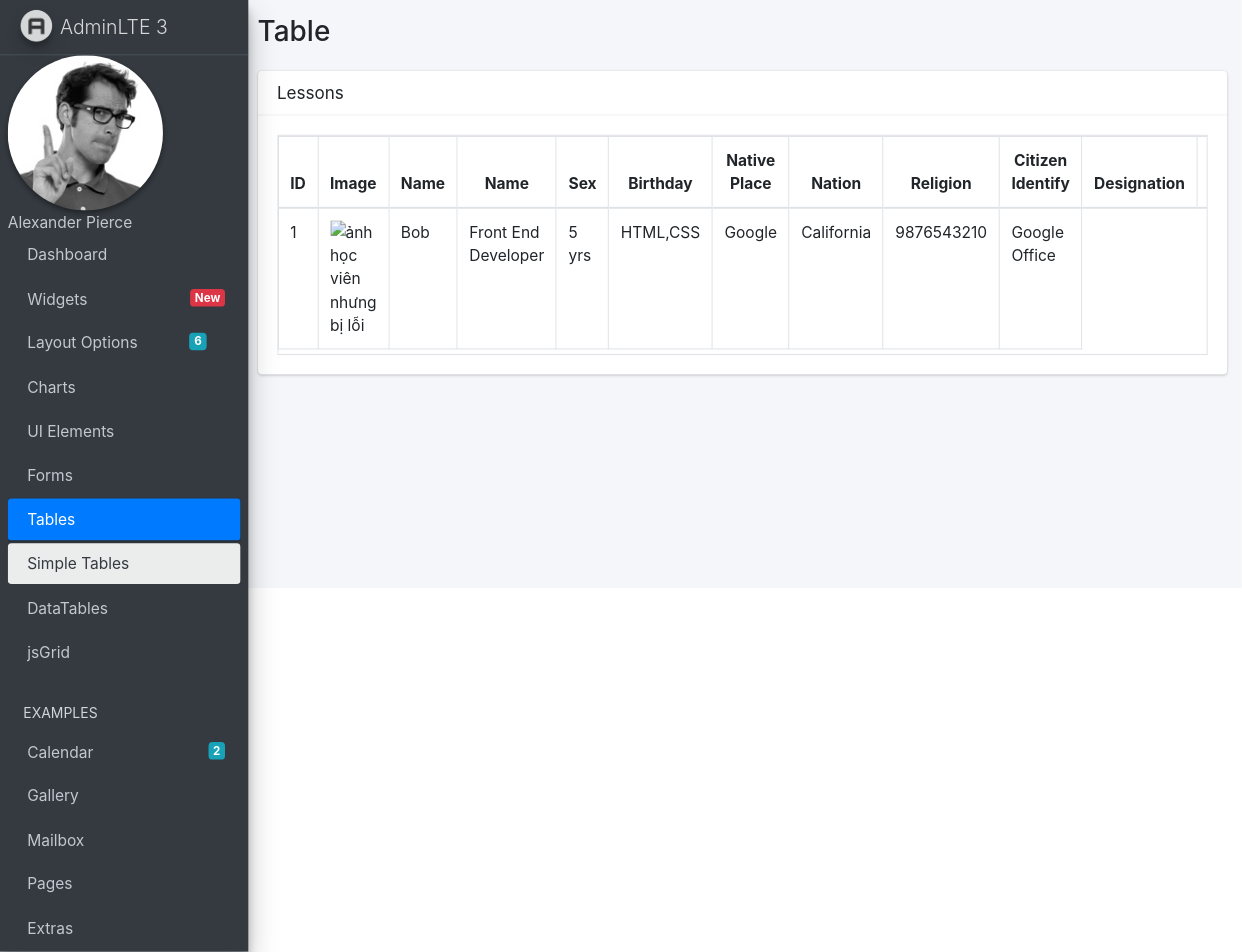
Repository: huyennvo/table
Page: http://localhost/table/students
These files come from the project's save history. The page is drawn as it stood at one moment and after the next save; the edit follows.
The browser window is 1280 px wide. The pictures show the whole page, at 97% of full size.
Some web fonts or font styles are not loaded; a fallback is used. The page is served by the project's Laravel application, run on PHP 8.4 with Laravel 8.

Above is the page before, as saved 2022-08-11 21:34:15.

After the next save:
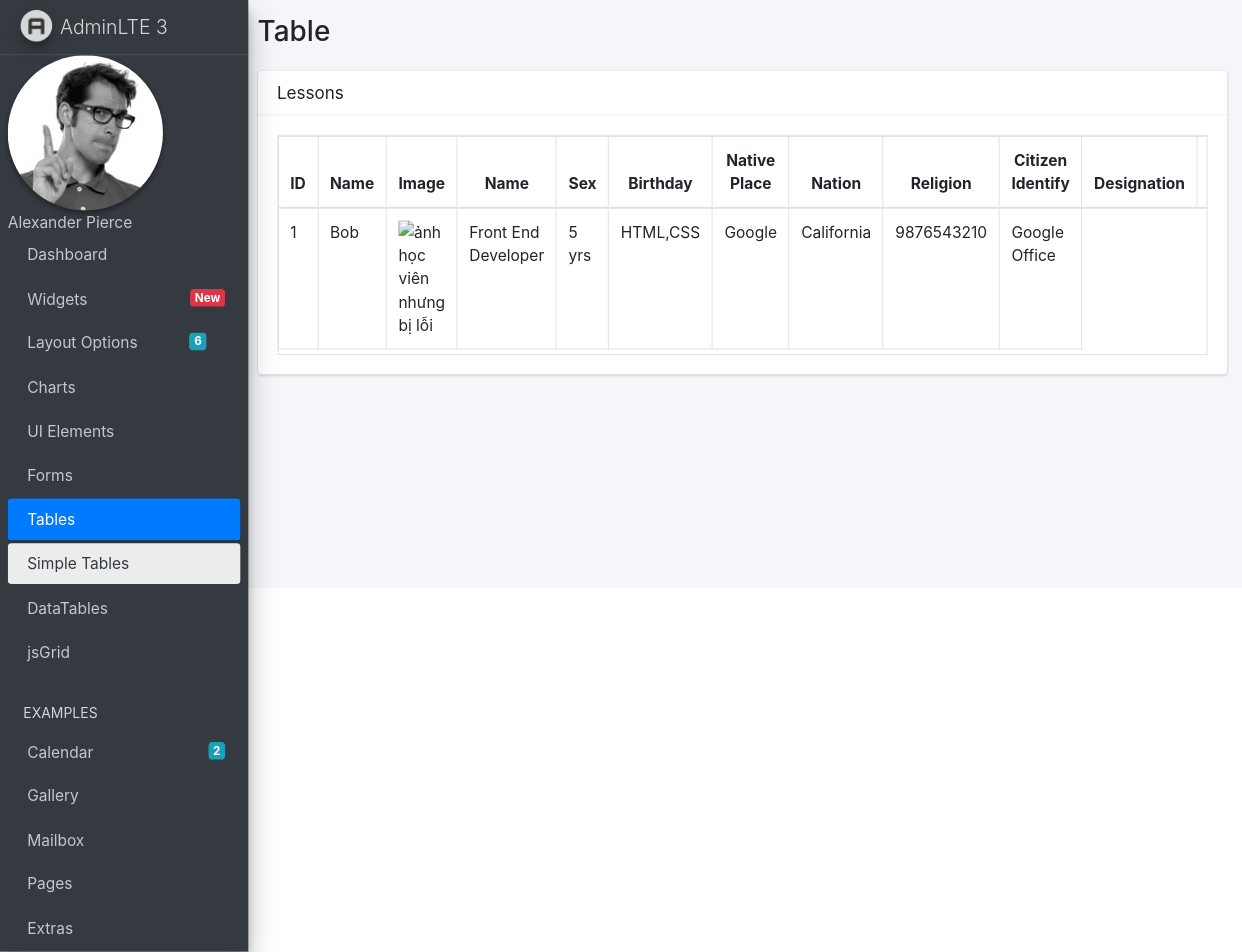
Saved 2 min 13 s later.
--- a/resources/views/students.blade.php
+++ b/resources/views/students.blade.php
@@ -18,8 +18,8 @@
                             <thead>
                                 <tr>
                                     <th class="fix-col">ID</th>
+                                    <th class="fix-col">Name</th>
                                     <th>Image</th>
-                                    <th class="fix-col">Name</th>
                                     <th>Name</th>
                                     <th>Sex</th>
                                     <th>Birthday</th>
@@ -40,10 +40,10 @@
                             <tbody>
                                 <tr>
                                     <td class="fix-col">1</td>
+                                    <td class="fix-col">Bob</td>
                                     <td>
                                         <img src="" alt="ảnh học viên nhưng bị lỗi">
                                     </td>
-                                    <td class="fix-col">Bob</td>
                                     <td>Front End Developer</td>
                                     <td>5 yrs</td>
                                     <td>HTML,CSS</td>
